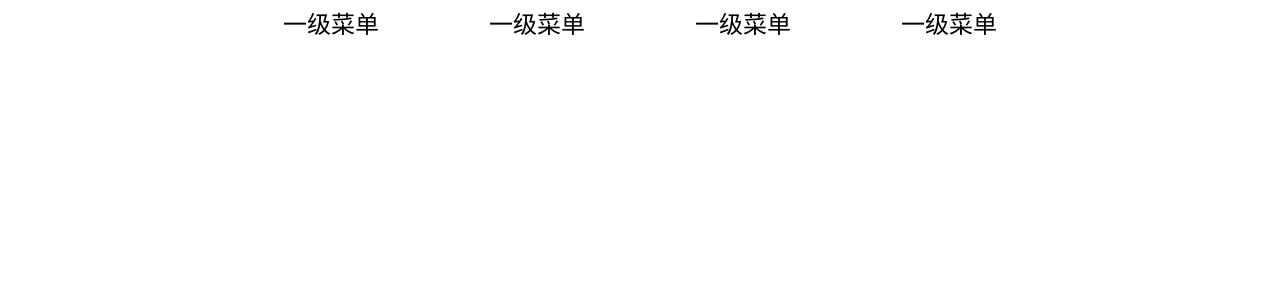
Repository: JJianZ/miao
Page: css-menu.html
These files come from the project's save history. The page is drawn as it stood at one moment and after the next save; the edit follows.
The browser window is 1280 px wide. The pictures show the whole page.

Above is the page before, as saved 2021-11-23 11:15:35.

### css-menu.html
<!DOCTYPE html>
<html lang="en">
<head>
  <meta charset="UTF-8">
  <meta http-equiv="X-UA-Compatible" content="IE=edge">
  <meta name="viewport" content="width=device-width, initial-scale=1.0">
  <title>Document</title>
  <style>
    * {
      margin: 0;
      padding: 0;
      width: 100%;
      box-sizing: border-box;
    }
    ul {
      list-style: none;
      line-height: 50px;
      text-align: center;
      font-size: 1.5em;
    }
    ul ul {
      left: 0;
      top: 100%;
    }
    .nav li {
      position: relative;
      width: 200px;
      height: 50px;
    }
    .nav li:hover {
      background-color: blanchedalmond;
    }
    .nav > li {
      display: inline-block;
    }
    .nav li ul {
      display: none;
      position: absolute;
    }
    .nav  ul{
      display: none;
      position: absolute;
    }
    li ul {
      font-size: 16px;
    }
    li:hover ul {
      display: block;
    }
    li:hover ul {
      display: block;
    }
    li ul li:hover ul {
      display: block;
    }
    ul ul ul {
      left: 100%;
      top: 0;
    }
  </style>
</head>
<body>
  <ul class="nav">
    <li>
      一级菜单
      <ul>
        <li>二级菜单</li>
        <li>二级菜单</li>
        <li>二级菜单
          <ul>
            <li>三级菜单</li>
            <li>三级菜单</li>
            <li>三级菜单</li>
          </ul>
        </li>
        <li>二级菜单</li>
      </ul>
    </li>
    <li>
      一级菜单
      <ul>
        <li>二级菜单</li>
        <li>二级菜单</li>
        <li>二级菜单</li>
        <li>二级菜单</li>
      </ul>
    </li>
    <li>
       一级菜单
      <ul>
        <li>二级菜单</li>
        <li>二级菜单</li>
        <li>二级菜单</li>
        <li>二级菜单</li>
      </ul>
    </li>
    <li>
      一级菜单
      <ul>
        <li>二级菜单</li>
        <li>二级菜单</li>
        <li>二级菜单</li>
        <li>二级菜单</li>
      </ul>
    </li>
  </ul>
</body>
</html>

After the next save:
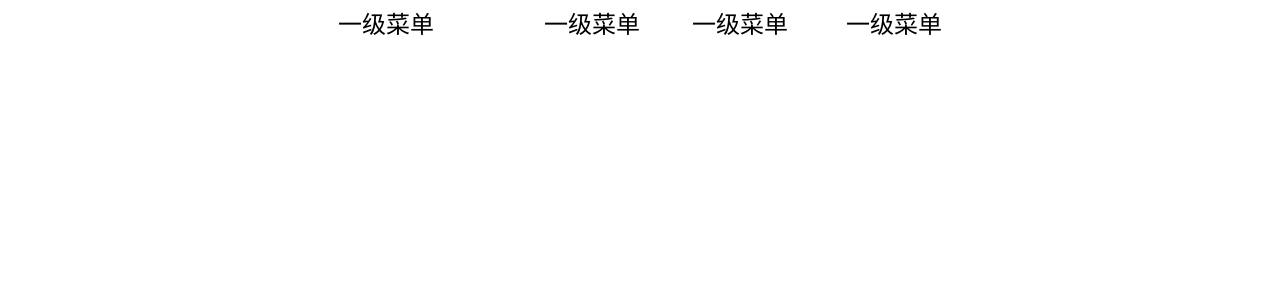
Saved 57 s later.
--- a/css-menu.html
+++ b/css-menu.html
@@ -61,8 +61,7 @@
 </head>
 <body>
   <ul class="nav">
-    <li>
-      一级菜单
+    <li>一级菜单
       <ul>
         <li>二级菜单</li>
         <li>二级菜单</li>
@@ -76,8 +75,14 @@
         <li>二级菜单</li>
       </ul>
     </li>
-    <li>
-      一级菜单
+    <li>一级菜单
+      <ul>
+        <li>二级菜单</li>
+        <li>二级菜单</li>
+        <li>二级菜单</li>
+        <li>二级菜单</li>
+      </ul>
+    </li>一级菜单
       <ul>
         <li>二级菜单</li>
         <li>二级菜单</li>
@@ -85,17 +90,7 @@
         <li>二级菜单</li>
       </ul>
     </li>
-    <li>
-       一级菜单
-      <ul>
-        <li>二级菜单</li>
-        <li>二级菜单</li>
-        <li>二级菜单</li>
-        <li>二级菜单</li>
-      </ul>
-    </li>
-    <li>
-      一级菜单
+    <li>一级菜单
       <ul>
         <li>二级菜单</li>
         <li>二级菜单</li>
